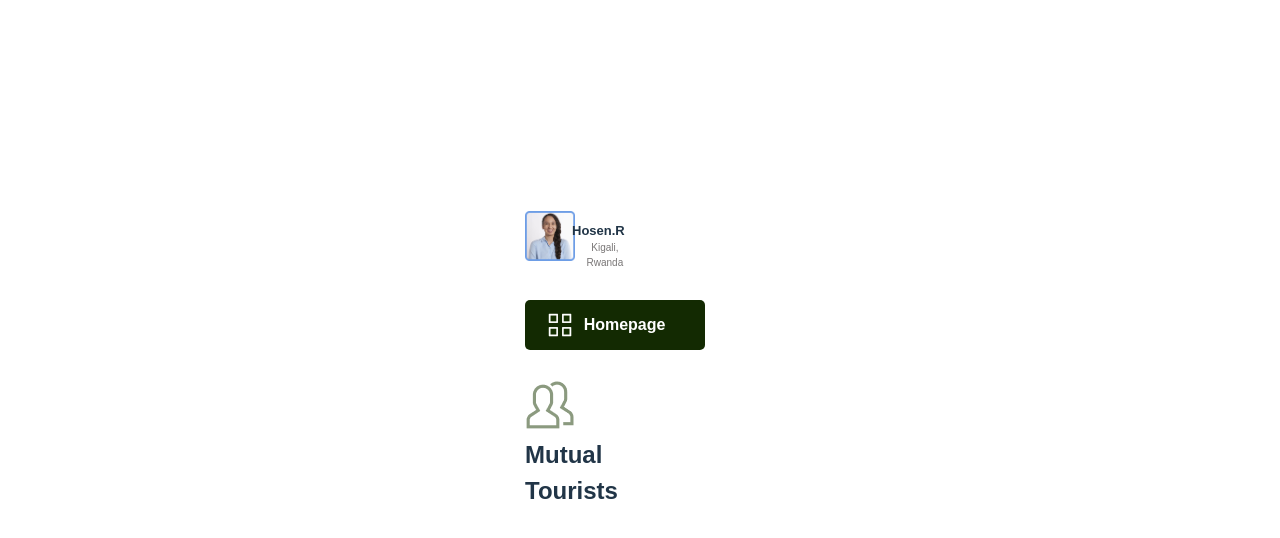
Repository: Auda-frontend/Kenshikeza
Page: /
An editor plug-in stored every save of this project. The page is shown before and after a run of saves, followed by the edit.
The browser window is 1280 px wide. The pictures show the whole page.
The project was rebuilt for these pictures with package versions that can differ from the ones it lists, and the page was loaded fresh each time. Also part of the build but not shown: vite.config.js.

Above is the page before, as saved 2024-01-25 09:56:27.

After the next 2 saves:
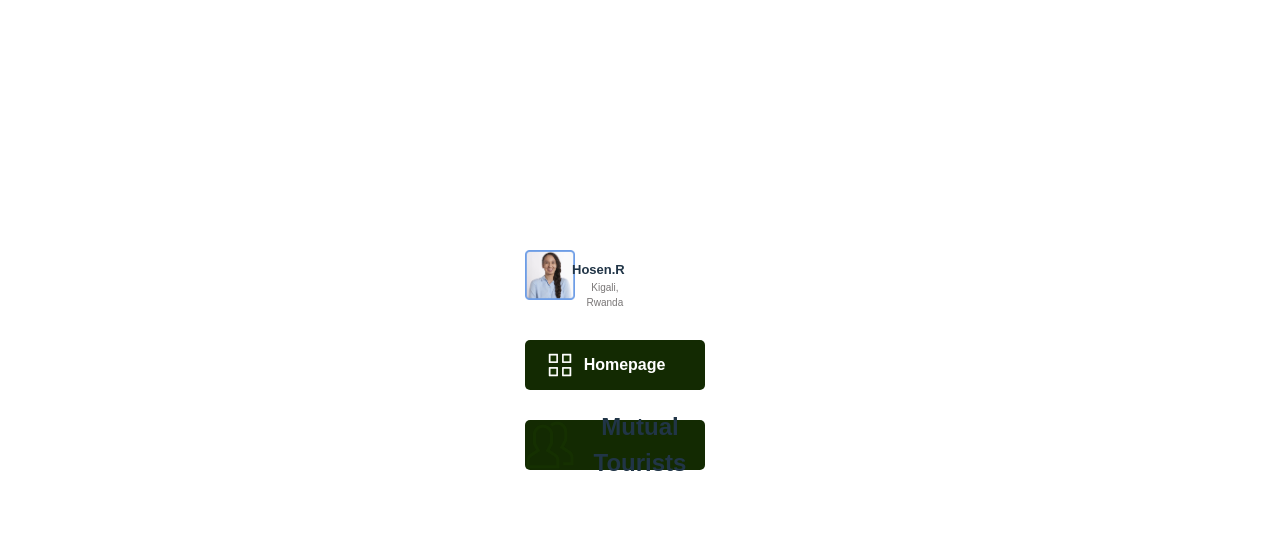
The 2 saves are shown as one change because they came seconds apart.
The last was saved 16 s later.
--- a/src/Components/SideBar.css
+++ b/src/Components/SideBar.css
@@ -62,5 +62,11 @@ justify-content: space-around;
     margin-left: -70px;
 }
 .mutual{
-
+background-color: #132A02;
+width: 180px;
+height: 50px;
+display: flex;
+align-items: center;
+border-radius: 5px;
+justify-content: space-around;
 }
